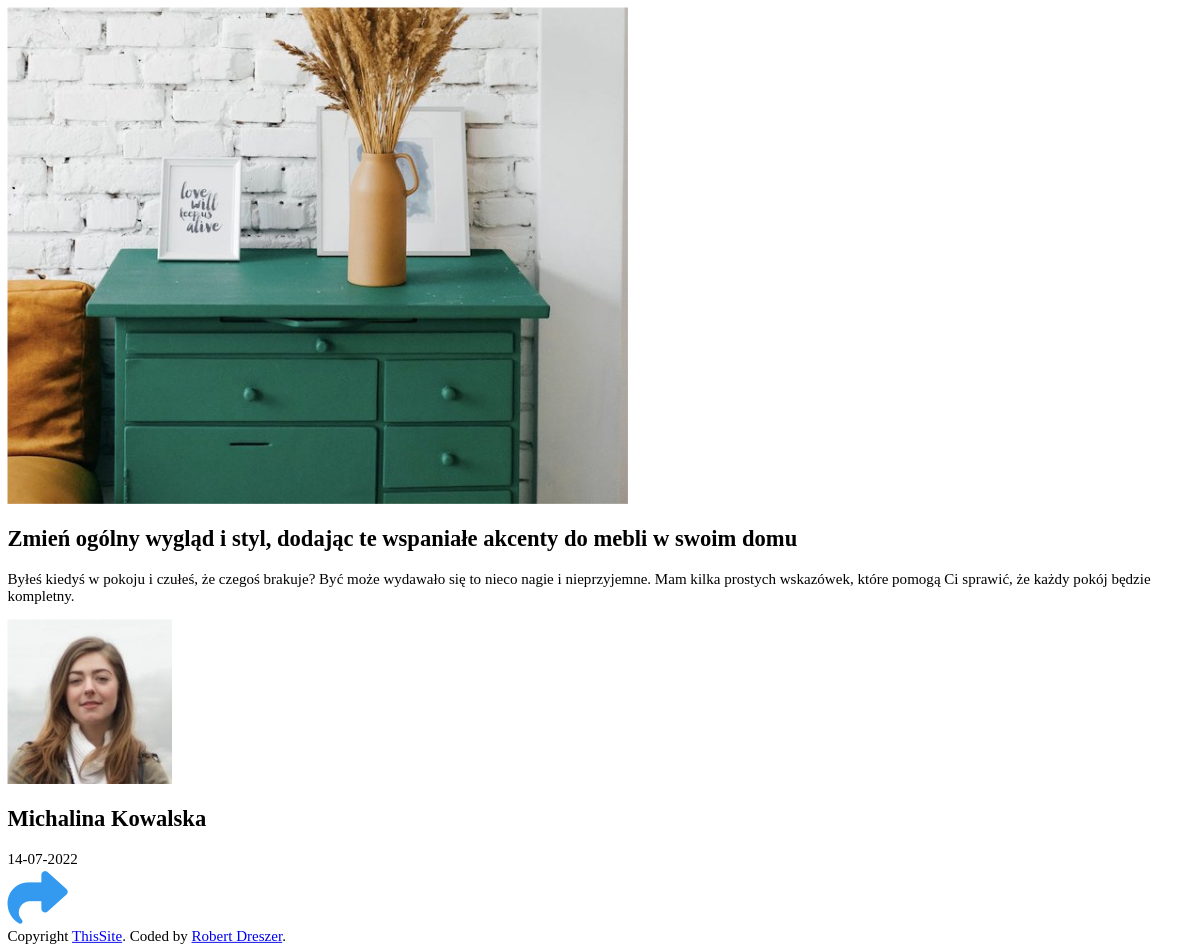
Repository: RobertDsr/komponent-podgl-du-produktu
Page: index.html
An editor plug-in stored every save of this project. The page is shown before and after a run of saves, followed by the edit.
The browser window is 1280 px wide. The pictures show the whole page, at 94% of full size.
Some web libraries are served in a nearby version.

Above is the page before, as saved 2022-07-14 12:22:52.

### index.html
<!DOCTYPE html>
<html lang="pl">
<head>
  <meta charset="UTF-8">
  <meta name="viewport" content="width=device-width, initial-scale=1.0"> <!-- displays site properly based on user's device -->

  <link rel="icon" type="image/png" sizes="32x32" href="./images/favicon-32x32.png">

  <script src="https://kit.fontawesome.com/f1983936fd.js" crossorigin="anonymous"></script>

  <title>Article preview component</title>
</head>
<body>

  <div class="wrapper">
    <img src="./images/drawers.jpg" alt="zielona szafka z ustawionymi na niej gadżetami ">
    <section class="articleDescription">
      <h1 class="Title">Zmień ogólny wygląd i styl, dodając te wspaniałe akcenty do mebli w swoim domu</h1>
      <p>Byłeś kiedyś w pokoju i czułeś, że czegoś brakuje? Być może wydawało się to nieco nagie i nieprzyjemne. Mam kilka prostych wskazówek, które pomogą Ci sprawić, że każdy pokój będzie kompletny.</p>
      <div class="author">
        <img src="./images/avatar-michelle.jpg" alt="Michelle" class="imgAuthor">
        <div class="divAuthorName">
        <h2 class="authorName">Michalina Kowalska</h2>
        <time datetime="2022-07-14">14-07-2022</time>
      </div>
        <div class="socialMedia">
          <i class="fa-solid fa-share fa-4x" style="color: #339af0;"></i>
          <div class="popup">
            <div class="mediaWrapper"></div>
          </div>
        </div>
      </div>
    </section>
  </div>

  <div class="attribution">
    Copyright <a href="https://robertdreszer.pl/" target="_blank">ThisSite</a>.
    Coded by <a href="https://robertdreszer.pl/">Robert Dreszer</a>.
  </div>
</body>
</html>

After the next 4 saves:
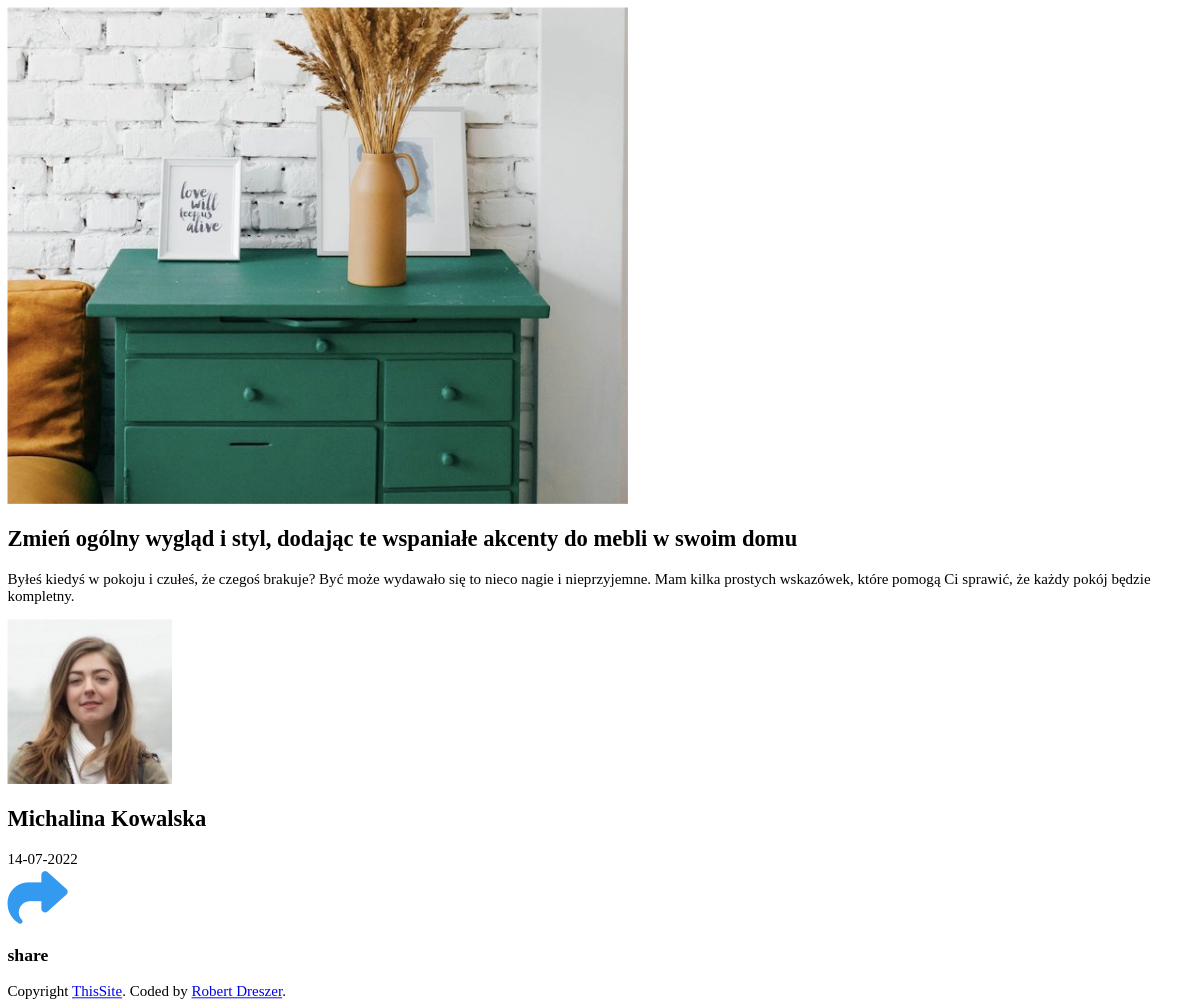
The 4 saves are shown as one change because they came seconds apart.
The last was saved 11 s later.
--- a/index.html
+++ b/index.html
@@ -26,7 +26,9 @@
         <div class="socialMedia">
           <i class="fa-solid fa-share fa-4x" style="color: #339af0;"></i>
           <div class="popup">
-            <div class="mediaWrapper"></div>
+            <div class="mediaWrapper">
+              <h3>share</h3>
+            </div>
           </div>
         </div>
       </div>
